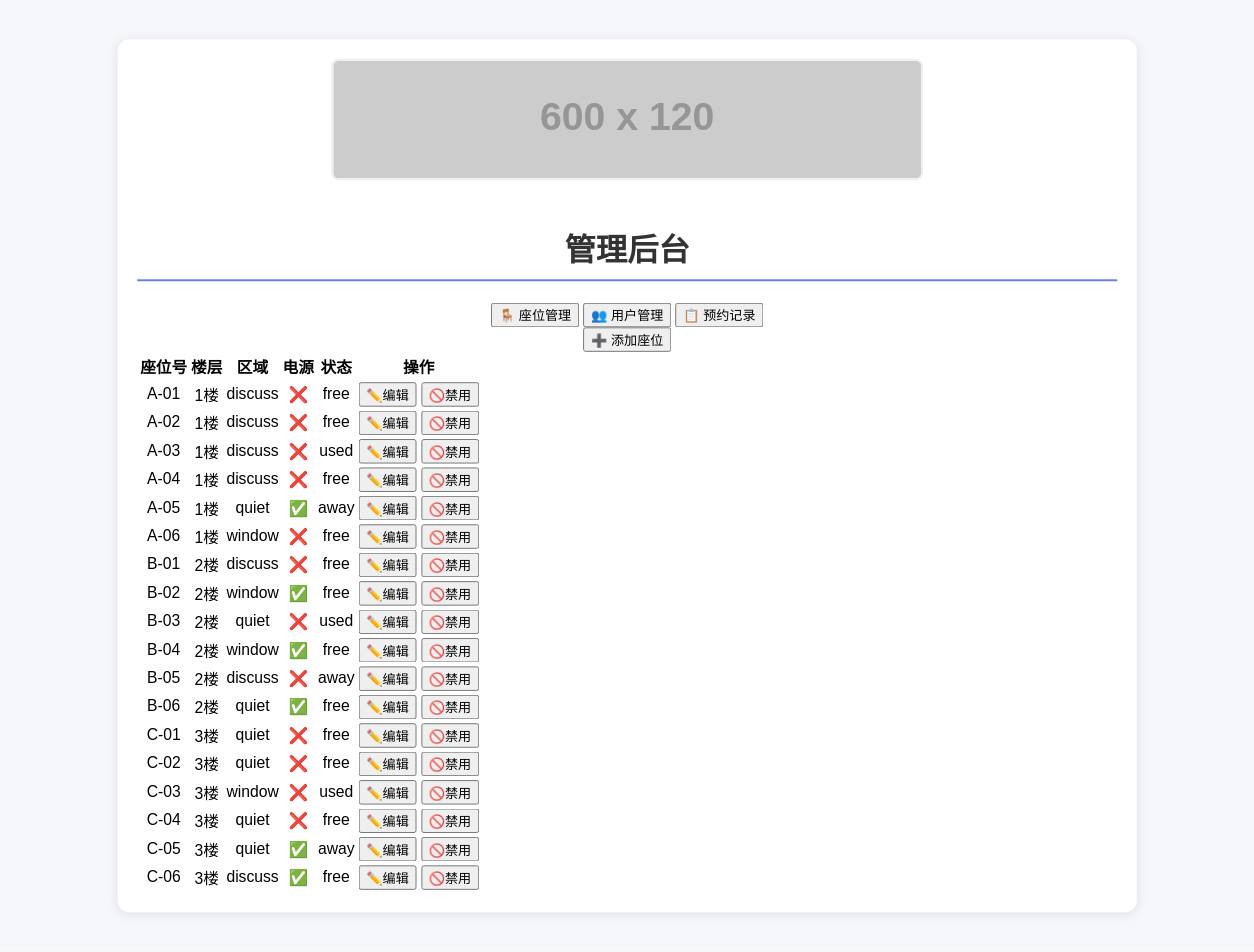
Repository: kinyono/library_seat_system
Page: admin.html
The author's editor kept a copy of each file at every save. The page is drawn from the files as they stood at one save, then again after the next save.
The browser window is 1280 px wide. The pictures show the whole page, at 98% of full size.

Above is the page before, as saved 2026-09-14 23:26:05.
Console error: TypeError: Cannot read properties of null (reading 'addEventListener')

After the next save:
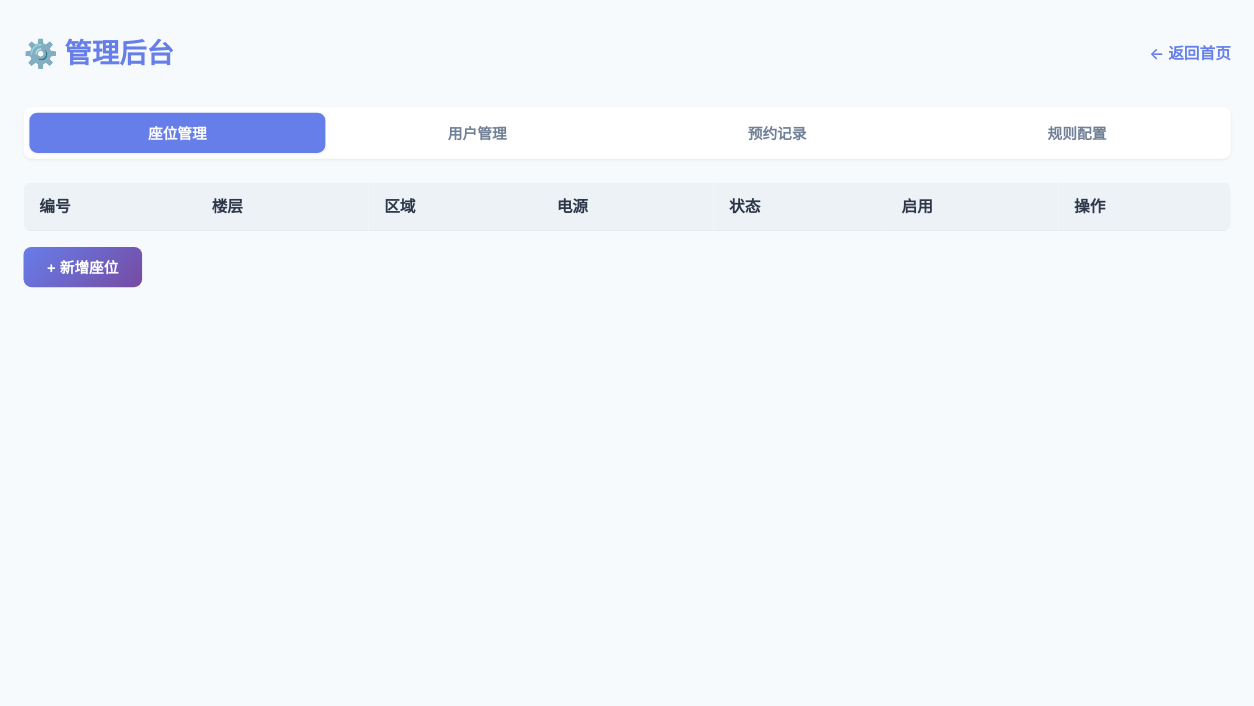
Console error: TypeError: Cannot set properties of null (setting 'innerHTML')
Saved 15 s later.
--- a/admin.html
+++ b/admin.html
@@ -2,57 +2,94 @@
 <html lang="zh-CN">
 <head>
     <meta charset="UTF-8">
+    <meta name="viewport" content="width=device-width, initial-scale=1.0">
     <title>管理后台 - 图书馆座位系统</title>
-
-    <!-- 强制重置背景色，防止被登录页的紫色背景影响 -->
-    <style>
-        body {
-            background-color: #f5f7fa !important;
-            font-family: Arial, sans-serif;
-            margin: 0;
-            padding: 20px;
-        }
-        #app {
-            max-width: 1000px;
-            margin: 20px auto;
-            padding: 20px;
-            background: white;
-            border-radius: 12px;
-            box-shadow: 0 2px 12px rgba(0,0,0,0.1);
-            text-align: center;
-        }
-        .header-img {
-            max-width: 100%;
-            height: auto;
-            border-radius: 8px;
-            margin-bottom: 20px;
-            border: 2px solid #eee;
-        }
-        h1 {
-            color: #333;
-            border-bottom: 2px solid #667eea;
-            padding-bottom: 10px;
-        }
-        p {
-            color: #666;
-            font-size: 16px;
-        }
-    </style>
+    <link rel="stylesheet" href="css/style.css">
+    <link rel="stylesheet" href="css/admin.css">
 </head>
 <body>
-    <!-- 必须的 JS 挂载点 -->
-    <div id="app">
-        <!-- 头部图片展示区 -->
-        <!-- 这里使用的是在线占位图服务，尺寸300x200，背景色667eea，文字色白色 -->
-        <img src="https://placehold.co/300x200/667eea/ffffff?text=Library+System" alt="图书馆系统头图" class="header-img">
+    <div class="admin-container">
+        <div class="admin-header">
+            <h1>⚙️ 管理后台</h1>
+            <a href="index.html" class="back-link">← 返回首页</a>
+        </div>
 
-        <h1>管理后台</h1>
-        <p>✅ 页面基础结构、图片和样式加载成功！</p>
-        <p>如果下方没有弹出 JS 渲染的绿色文字，请检查 admin.js 文件。</p>
+        <!-- 选项卡 -->
+        <div class="tabs" id="tabBar">
+            <button class="tab-btn active" data-tab="seats">座位管理</button>
+            <button class="tab-btn" data-tab="users">用户管理</button>
+            <button class="tab-btn" data-tab="bookings">预约记录</button>
+            <button class="tab-btn" data-tab="rules">规则配置</button>
+        </div>
+
+        <!-- 座位管理 -->
+        <div class="tab-content active" id="tab-seats">
+            <div class="table-wrapper">
+                <table>
+                    <thead>
+                        <tr>
+                            <th>编号</th><th>楼层</th><th>区域</th><th>电源</th><th>状态</th><th>启用</th><th>操作</th>
+                        </tr>
+                    </thead>
+                    <tbody id="seatsTableBody"></tbody>
+                </table>
+            </div>
+            <button class="btn btn-primary" onclick="showAddSeatForm()" style="margin-top:16px;">+ 新增座位</button>
+        </div>
+
+        <!-- 用户管理 -->
+        <div class="tab-content" id="tab-users">
+            <div class="table-wrapper">
+                <table>
+                    <thead>
+                        <tr><th>姓名</th><th>学号</th><th>信用分</th><th>状态</th><th>操作</th></tr>
+                    </thead>
+                    <tbody id="usersTableBody"></tbody>
+                </table>
+            </div>
+        </div>
+
+        <!-- 预约记录 -->
+        <div class="tab-content" id="tab-bookings">
+            <div class="table-wrapper">
+                <table>
+                    <thead>
+                        <tr><th>用户</th><th>座位</th><th>日期</th><th>时段</th><th>状态</th><th>操作</th></tr>
+                    </thead>
+                    <tbody id="bookingsTableBody"></tbody>
+                </table>
+            </div>
+        </div>
+
+        <!-- 规则配置 -->
+        <div class="tab-content" id="tab-rules">
+            <div class="rules-grid">
+                <div class="rule-card">
+                    <h4>⏱ 预约时长</h4>
+                    <div class="form-group"><label>最长预约（分钟）</label><input type="number" id="ruleMaxMinutes" class="form-control" value="240"></div>
+                </div>
+                <div class="rule-card">
+                    <h4>✅ 签到宽限</h4>
+                    <div class="form-group"><label>宽限时间（分钟）</label><input type="number" id="ruleGraceMinutes" class="form-control" value="15"></div>
+                </div>
+                <div class="rule-card">
+                    <h4>🚶 暂离规则</h4>
+                    <div class="form-group"><label>保留时长（分钟）</label><input type="number" id="ruleAwayMinutes" class="form-control" value="45"></div>
+                    <div class="form-group"><label>每日次数</label><input type="number" id="ruleAwayTimes" class="form-control" value="3"></div>
+                    <div class="form-group"><label>超时扣分</label><input type="number" id="ruleAwayPenalty" class="form-control" value="10"></div>
+                </div>
+                <div class="rule-card">
+                    <h4>📚 上课保留</h4>
+                    <div class="form-group"><label>保留时长（分钟）</label><input type="number" id="ruleClassMinutes" class="form-control" value="120"></div>
+                    <div class="form-group"><label>每日次数</label><input type="number" id="ruleClassTimes" class="form-control" value="1"></div>
+                    <div class="form-group"><label>超时扣分</label><input type="number" id="ruleClassPenalty" class="form-control" value="20"></div>
+                    <div class="form-group"><label>最低信用分</label><input type="number" id="ruleClassMinCredit" class="form-control" value="80"></div>
+                </div>
+            </div>
+            <button class="btn btn-primary" onclick="saveRules()" style="margin-top:20px;">保存规则</button>
+        </div>
     </div>
 
-    <!-- 引入 JS 文件 -->
-    <script src="js/app.js"></script>
     <script src="js/admin.js"></script>
 </body>
 </html>
